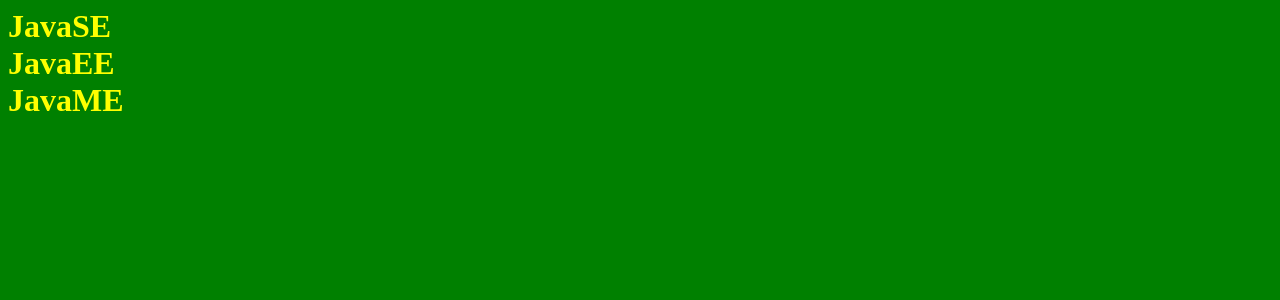
Repository: venugopalakrishnamylavarapu/Naresh-It-Full-Stack-java-Developer
Page: http://localhost/JSP/scope.jsp
An editor plug-in stored every save of this project. The page is shown before and after the next save, followed by the edit.
The browser window is 1280 px wide. The pictures show the whole page.
The page is served by Tomcat 9. Other server files are loaded and not shown.

Above is the page before, as saved 2023-03-20 11:08:02.

### Advanced Java/Coding/JSP/src/main/webapp/scope.jsp
<html>
<body bgcolor=green text=yellow>
<h1>
<%
pageContext.setAttribute("platform1","JavaSE",PageContext.PAGE_SCOPE);
pageContext.setAttribute("platform2","JavaEE",PageContext.REQUEST_SCOPE);
pageContext.setAttribute("platform3","JavaME",PageContext.SESSION_SCOPE);
pageContext.setAttribute("platform4","JavaFX",PageContext.APPLICATION_SCOPE);
%>
${ pageScope.platform1 }<br>
${ requestScope.platform2 }<br>
${ sessionScope.platform3 }<br>
</h1>
</body>
</html>

After the next save:
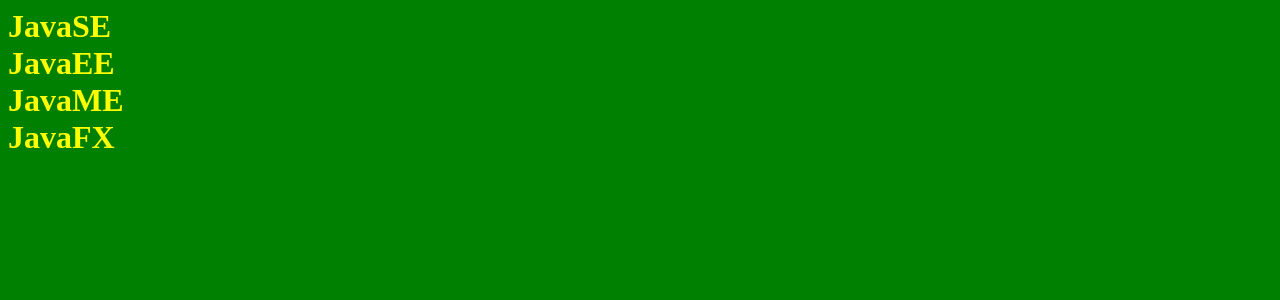
Saved 15 s later.
--- a/Advanced Java/Coding/JSP/src/main/webapp/scope.jsp
+++ b/Advanced Java/Coding/JSP/src/main/webapp/scope.jsp
@@ -10,6 +10,7 @@
 ${ pageScope.platform1 }<br>
 ${ requestScope.platform2 }<br>
 ${ sessionScope.platform3 }<br>
+${ applicationScope.platform4 }
 </h1>
 </body>
 </html>
